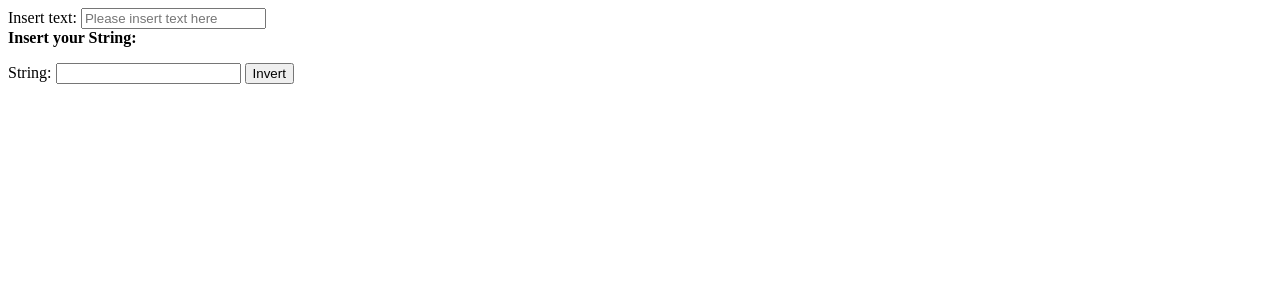
Repository: Micheal11/ReverseStringAssignment
Page: src/MyWidget/widget/template/MyWidget.html
The author's editor kept a copy of each file at every save. The page is drawn from the files as they stood at one save, then again after the next save.
The browser window is 1280 px wide. The pictures show the whole page.

Above is the page before, as saved 2017-07-19 04:52:02.

### src/MyWidget/widget/template/MyWidget.html
<div class="widgetname">
    <form>
        <div class=f orm group>
            Insert text: <input type="text" class="form-control" placeholder="Please insert text here" data-dojo-attach-point="textToReverse">
            <!--</b>
           <button type="button" data-dojo-attach-event = "onClick: save">Save</button>-->
        </div>
        <div>
            <b>Insert your String:</b>
            <p>String: <input type="text" data-dojo-attach-point="ss">
                <button type="button" data-dojo-attach-event="onClick: reversedString">Invert</button>

        </div>
    </form>
    <div class="widgetname-reverseText" data-dojo-attach-point="reverseText" />
</div>

After the next save:
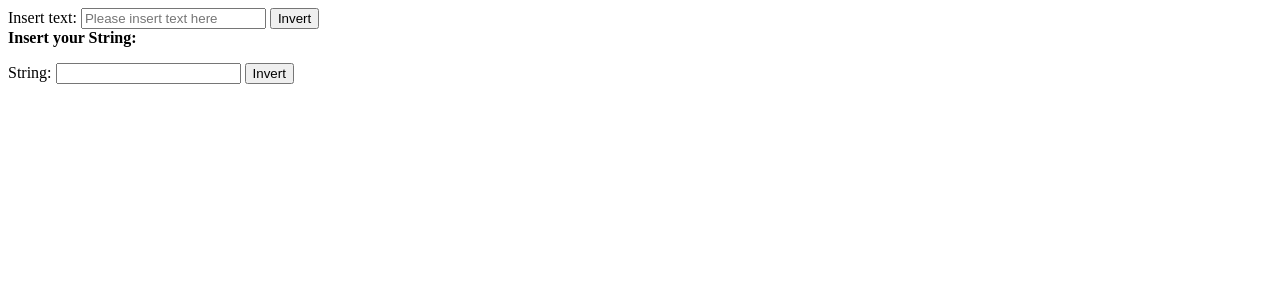
Saved 4 min 59 s later.
--- a/src/MyWidget/widget/template/MyWidget.html
+++ b/src/MyWidget/widget/template/MyWidget.html
@@ -4,6 +4,7 @@
             Insert text: <input type="text" class="form-control" placeholder="Please insert text here" data-dojo-attach-point="textToReverse">
             <!--</b>
            <button type="button" data-dojo-attach-event = "onClick: save">Save</button>-->
+           <button type="button" data-dojo-attach-event="onClick: reversedString">Invert</button>
         </div>
         <div>
             <b>Insert your String:</b>
